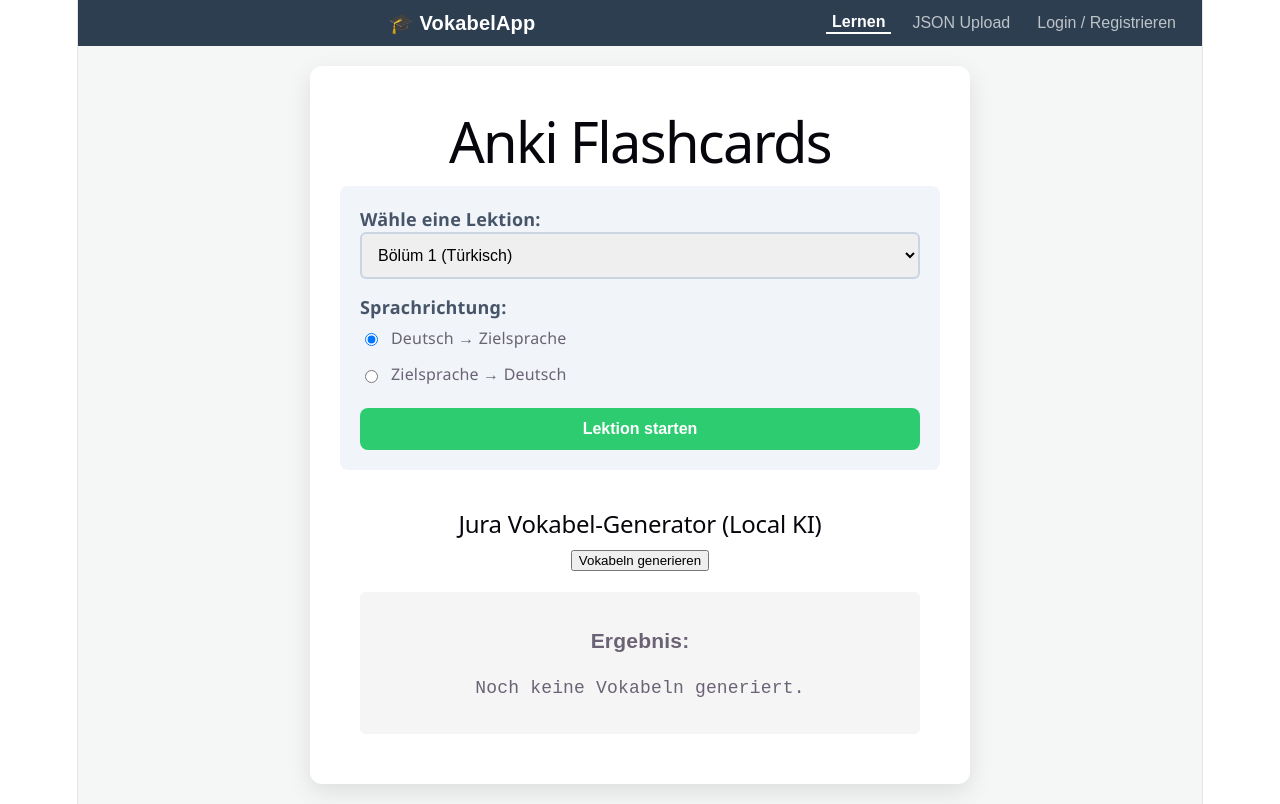
Repository: NoelPreissler/AnkiApp
Page: /
The author's editor kept a copy of each file at every save. The page is drawn from the files as they stood at one save, then again after the next save.
The browser window is 1280 px wide. The pictures show the whole page.
The project was rebuilt for these pictures with package versions that can differ from the ones it lists, and the page was loaded fresh each time. Also part of the build but not shown: vite.config.js, src/Auth.js, src/Upload.jsx.

Above is the page before, as saved 2026-06-24 21:23:20.

After the next save:
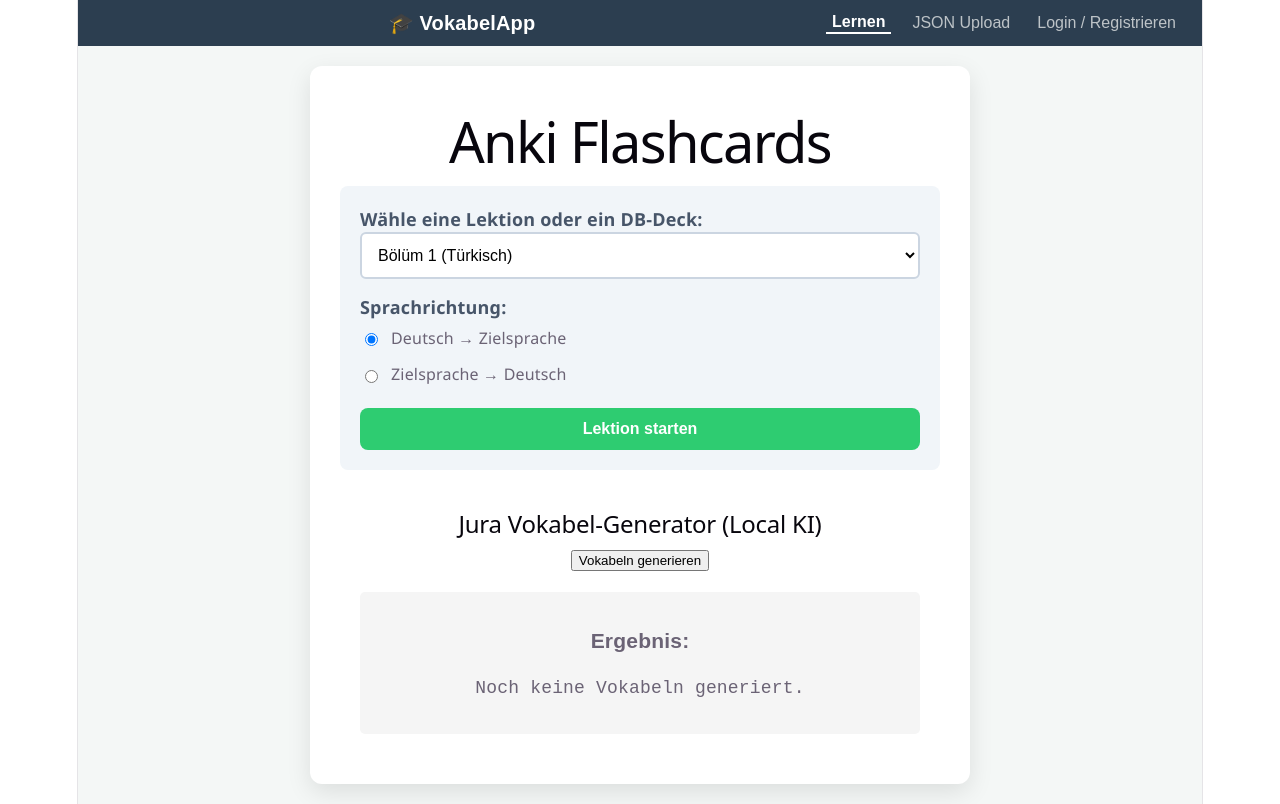
Saved 46 s later.
--- a/src/App.jsx
+++ b/src/App.jsx
@@ -9,7 +9,8 @@ import bolum1_1 from './bolum2.json';
 import drei from './bolum3.json';
 import bolum1_2 from './bolum4.json';
 
-const LEKTIONEN = {
+// Lokale Standard-Lektionen
+const STATISCHE_LEKTIONEN = {
   'Bölüm 1 (Türkisch)': juraVocabs,
   'Bölüm 1.1 (Türkisch)': bolum1_1,
   'Intermediate Wörter': drei,
@@ -17,10 +18,13 @@ const LEKTIONEN = {
 };
 
 export default function App() {
-  const [currentView, setCurrentView] = useState('quiz'); // 'quiz', 'auth', 'upload'
+  const [currentView, setCurrentView] = useState('quiz');
   const [user, setUser] = useState(null);
 
-  const [selectedLektion, setSelectedLektion] = useState(Object.keys(LEKTIONEN)[0]);
+  // Kombinierte Lektionsliste aus lokalen JSONs + DB-Sätzen
+  const [alleLektionen, setAlleLektionen] = useState({ ...STATISCHE_LEKTIONEN });
+  const [selectedLektion, setSelectedLektion] = useState(Object.keys(STATISCHE_LEKTIONEN)[0]);
+
   const [richtung, setRichtung] = useState('de-tr');
   const [deck, setDeck] = useState([]);
   const [currentIndex, setCurrentIndex] = useState(0);
@@ -28,7 +32,7 @@ export default function App() {
   const [quizStarted, setQuizStarted] = useState(false);
   const [initialCount, setInitialCount] = useState(0);
 
-  // User-Session prüfen
+  // User-Session und lokales Deck beim Start prüfen
   useEffect(() => {
     const savedUser = localStorage.getItem('lern_user');
     if (savedUser) setUser(JSON.parse(savedUser));
@@ -44,20 +48,23 @@ export default function App() {
     }
   }, []);
 
-  // Wenn ein User eingeloggt ist, laden wir optional seine DB-Vokabeln als eigene Lektion
+  // Dynamisch die Vokabelsätze des Users aus der DB laden und anhängen
   useEffect(() => {
     if (user) {
-      fetch(`http://193.197.231.68:5000/api/vokabeln/${user.id}`)
+      fetch(`http://193.197.231.68:5000/api/saetze/${user.id}`)
         .then(res => res.json())
-        .then(data => {
-          if (data.length > 0) {
-            // Normalisiere DB-Struktur (deutsch/zielsprache) auf vorn/hinten
-            const dbLektion = data.map(v => ({ vorn: v.deutsch, hinten: v.zielsprache }));
-            LEKTIONEN['Meine DB Vokabeln 📁'] = dbLektion;
-          }
-        }).catch(err => console.log("Fehler beim Laden der DB Vokabeln", err));
+        .then(saetze => {
+          const neueListe = { ...STATISCHE_LEKTIONEN };
+          // Jeden Satz aus der DB als Platzhalter-Objekt markieren
+          saetze.forEach(satz => {
+            neueListe[`📁 DB: ${satz.name}`] = { isDbSatz: true, id: satz.id };
+          });
+          setAlleLektionen(neueListe);
+        })
+        .catch(err => console.error("Fehler beim Laden der DB-Sätze", err));
     } else {
-      delete LEKTIONEN['Meine DB Vokabeln 📁'];
+      setAlleLektionen({ ...STATISCHE_LEKTIONEN });
+      setSelectedLektion(Object.keys(STATISCHE_LEKTIONEN)[0]);
     }
   }, [user, currentView]);
 
@@ -73,11 +80,36 @@ export default function App() {
     setCurrentView('quiz');
   };
 
-  const handleStartQuiz = () => {
-    const rawData = LEKTIONEN[selectedLektion];
-    if (!rawData || rawData.length === 0) return;
-
-    const normalizedDeck = rawData.map(item => {
+  // Startet das Quiz und unterscheidet zwischen lokalen JSONs und DB-Anfragen
+  const handleStartQuiz = async () => {
+    const gewaehlteLektion = alleLektionen[selectedLektion];
+    if (!gewaehlteLektion) return;
+
+    let roheVokabeln = [];
+
+    // Fall 1: Es ist ein Satz aus der PostgreSQL Datenbank
+    if (gewaehlteLektion.isDbSatz) {
+      try {
+        const response = await fetch(`http://193.197.231.68:5000/api/vokabeln/satz/${gewaehlteLektion.id}`);
+        const dbData = await response.json();
+        // Mappe DB-Spalten (deutsch, zielsprache) auf die UI-Struktur (vorn, hinten)
+        roheVokabeln = dbData.map(v => ({ vorn: v.deutsch, hinten: v.zielsprache }));
+      } catch (err) {
+        alert("Fehler beim Laden der Vokabeln aus der Datenbank.");
+        return;
+      }
+    } else {
+      // Fall 2: Es ist ein lokales importiertes JSON
+      roheVokabeln = gewaehlteLektion;
+    }
+
+    if (roheVokabeln.length === 0) {
+      alert("Dieser Vokabelsatz enthält keine Karten!");
+      return;
+    }
+
+    // Normalisierung der Sprachrichtung
+    const normalizedDeck = roheVokabeln.map(item => {
       const originalVorn = item.vorn || Object.values(item)[0];
       const originalHinten = item.hinten || Object.values(item)[1];
       return {
@@ -138,9 +170,9 @@ export default function App() {
             <div style={styles.container}>
               <h1 style={styles.title}>Anki Flashcards</h1>
               <div style={styles.selectBox}>
-                <label style={{ fontWeight: 'bold', color: '#475569' }}>Wähle eine Lektion:</label>
+                <label style={{ fontWeight: 'bold', color: '#475569' }}>Wähle eine Lektion oder ein DB-Deck:</label>
                 <select value={selectedLektion} onChange={(e) => setSelectedLektion(e.target.value)} style={styles.select}>
-                  {Object.keys(LEKTIONEN).map(name => <option key={name} value={name}>{name}</option>)}
+                  {Object.keys(alleLektionen).map(name => <option key={name} value={name}>{name}</option>)}
                 </select>
 
                 <label style={{ fontWeight: 'bold', color: '#475569', marginTop: '15px', display: 'block' }}>Sprachrichtung:</label>
@@ -180,16 +212,15 @@ export default function App() {
   );
 }
 
-// Styles aus deiner App (gekürzt für Übersichtlichkeit)
 const styles = {
   body: { display: 'flex', justifyContent: 'center', alignItems: 'center', padding: '20px' },
   container: { width: '100%', maxWidth: '600px', backgroundColor: '#ffffff', padding: '30px', borderRadius: '12px', boxShadow: '0 8px 24px rgba(0,0,0,0.1)', textAlign: 'center' },
   selectBox: { margin: '20px 0', padding: '20px', backgroundColor: '#f1f5f9', borderRadius: '8px', textAlign: 'left' },
-  select: { width: '100%', padding: '12px', borderRadius: '6px', border: '2px solid #cbd5e1', fontSize: '16px' },
+  select: { width: '100%', padding: '12px', borderRadius: '6px', border: '2px solid #cbd5e1', fontSize: '16px', backgroundColor: '#fff' },
   radioContainer: { display: 'flex', flexDirection: 'column', gap: '10px', marginTop: '5px' },
   radioLabel: { display: 'flex', alignItems: 'center', gap: '10px', fontSize: '16px', cursor: 'pointer' },
   button: { width: '100%', padding: '12px', backgroundColor: '#4a90e2', color: 'white', border: 'none', borderRadius: '8px', fontSize: '16px', fontWeight: 'bold', cursor: 'pointer' },
-  card: { minHeight: '120px', border: '2px solid', borderRadius: '10px', padding: '30px 20px', margin: '20px 0', fontSize: '24px', fontWeight: 'bold', display: 'flex', alignItems: 'center', justifyContent: 'center', cursor: 'pointer' },
+  card: { minHeight: '120px', border: '2px solid', borderRadius: '10px', padding: '30px 20px', margin: '20px 0', fontSize: '24px', fontWeight: 'bold', display: 'flex', alignItems: 'center', justifyContent: 'center', cursor: 'pointer', userSelect: 'none' },
   actionButtons: { display: 'grid', gridTemplateColumns: '1fr 1fr', gap: '15px' },
   progressBar: { backgroundColor: '#eee', borderRadius: '5px', height: '10px', width: '100%', marginTop: '20px', overflow: 'hidden' },
   progress: { backgroundColor: '#2ecc71', height: '100%', transition: 'width 0.3s' },
